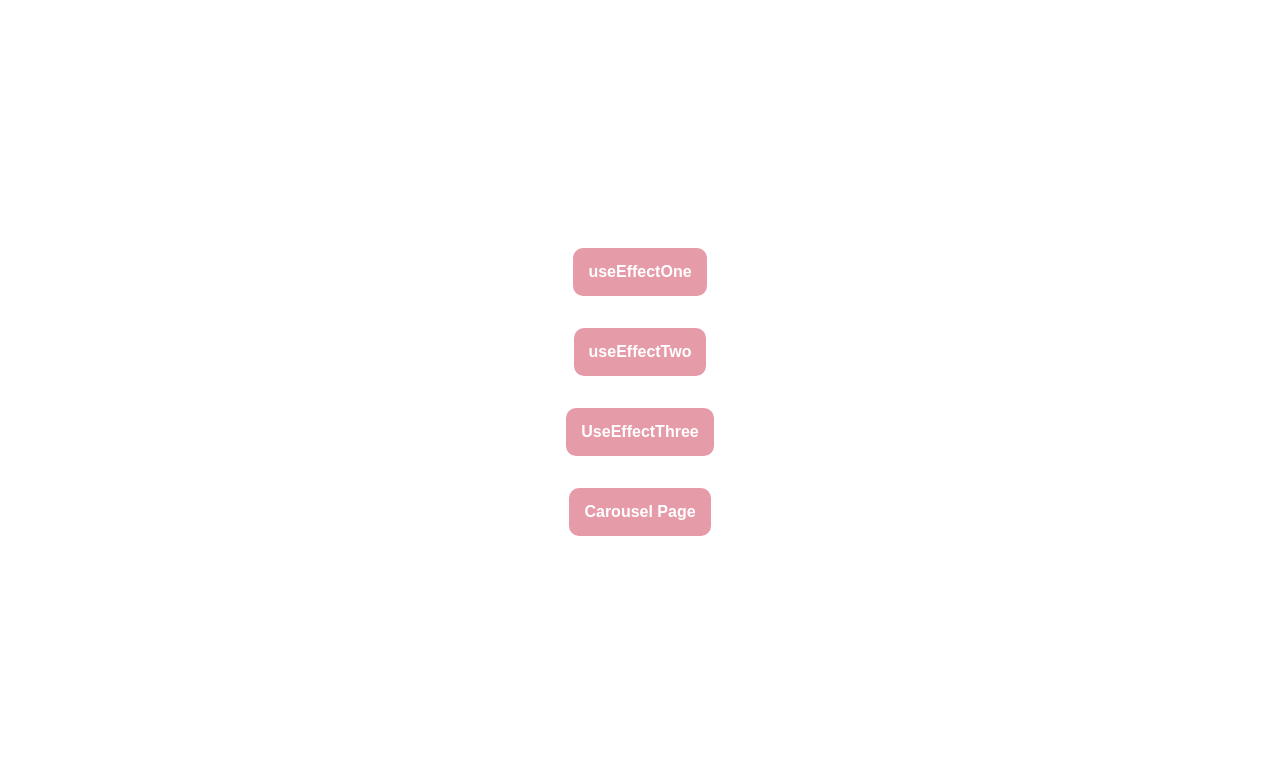
Repository: jjennbui/class8
Page: /
These files come from the project's save history. The page is drawn as it stood at one moment and after a run of saves; the edit follows.
The browser window is 1280 px wide. The pictures show the whole page.
The project was rebuilt for these pictures with package versions that can differ from the ones it lists, and the page was loaded fresh each time. The framework's server and built-in components were replaced by stand-ins that run in the browser. Also part of the build but not shown: next.config.js.

Above is the page before, as saved 2023-02-20 17:41:28.

After the next 2 saves:
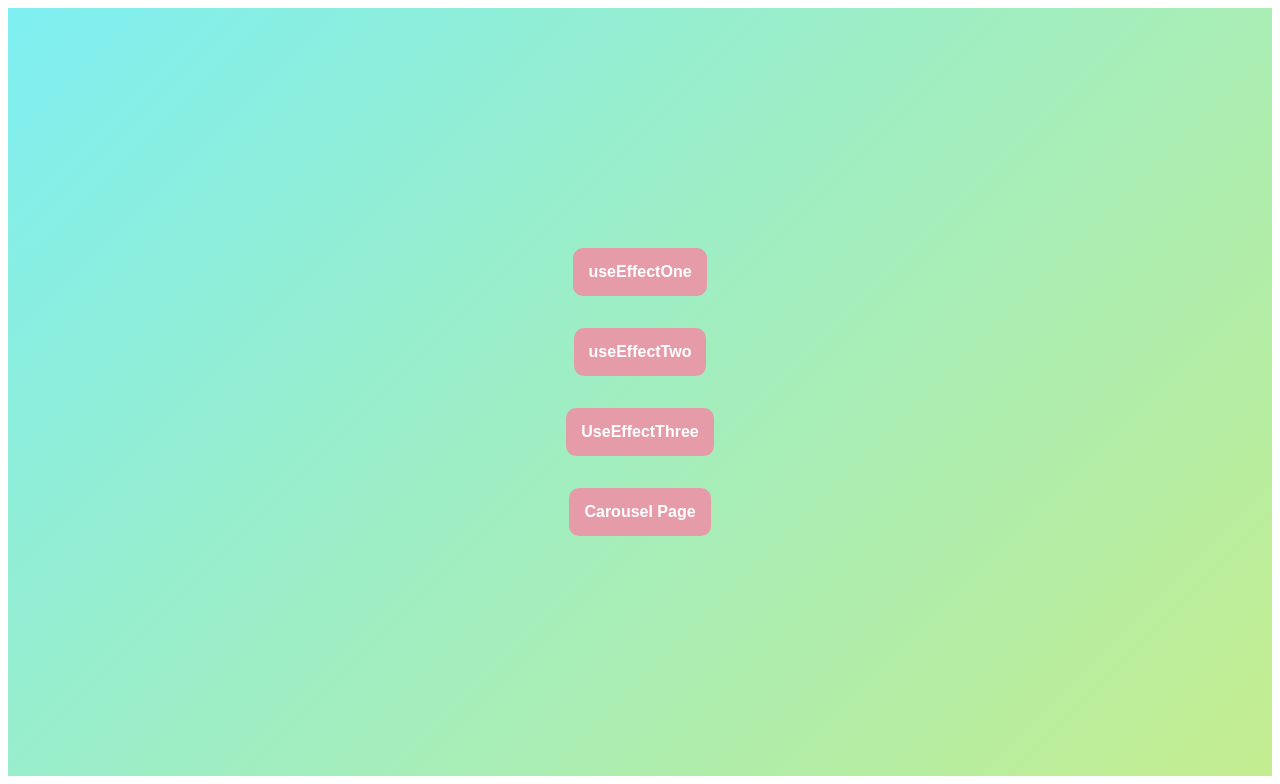
The 2 saves are shown as one change because they came seconds apart.
The last was saved 14 s later.
--- a/styles/Home.module.css
+++ b/styles/Home.module.css
@@ -6,6 +6,9 @@
   align-items: center;
   padding: 15rem;
   min-height: 40vh;
+  background: linear-gradient(-45deg, #ffeb3b, #74efff, #9c27b0);
+  background-size: 400% 400%;
+  animation: gradient-bg 20s ease infinite;
 
 }
 
